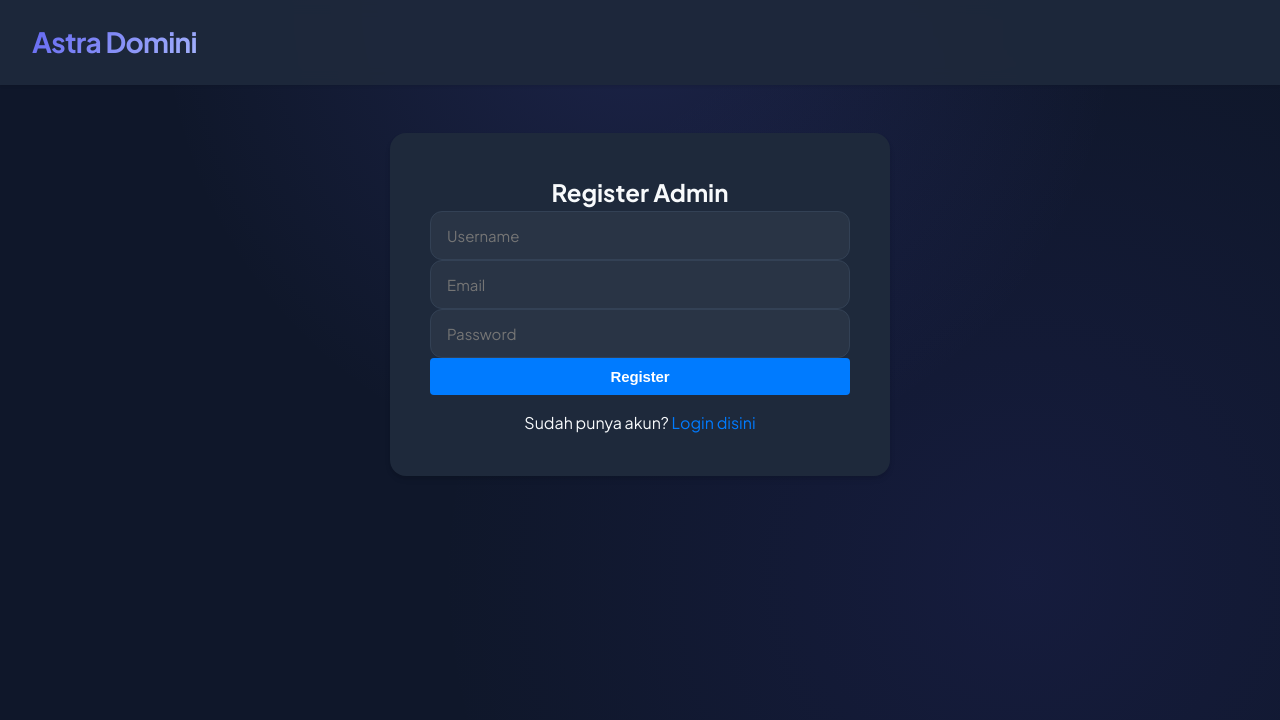
Repository: Resanso/astraReminder
Page: /register
An editor plug-in stored every save of this project. The page is shown before and after the next save, followed by the edit.
The browser window is 1280 px wide. The pictures show the whole page.
The project was rebuilt for these pictures with package versions that can differ from the ones it lists, and the page was loaded fresh each time. Some packages were replaced by stand-ins written for this rebuild. Also part of the build but not shown: src/components/TaskList.js, src/components/AdminPanel.js, src/components/Login.js.

Above is the page before, as saved 2025-02-25 00:38:42.

After the next save:
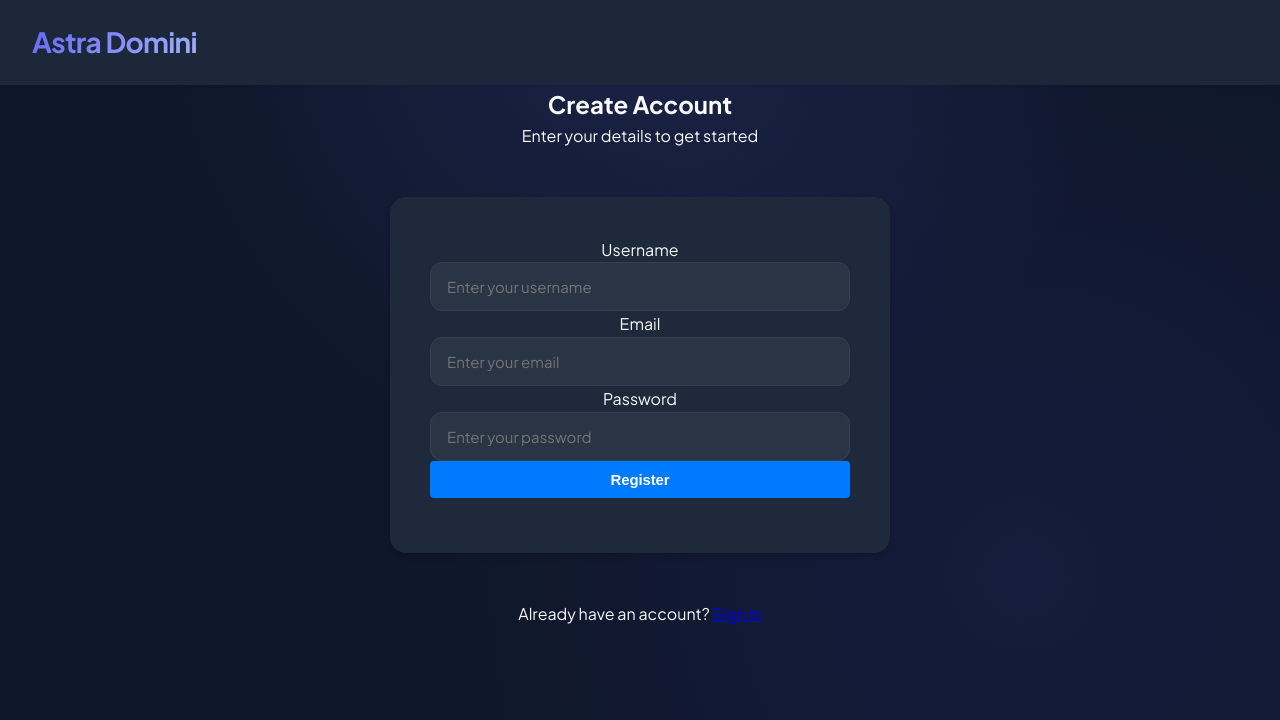
Saved 5 s later.
--- a/src/components/Register.js
+++ b/src/components/Register.js
@@ -29,36 +29,61 @@ const Register = () => {
   };
 
   return (
-    <div className="auth-form">
-      <h2>Register Admin</h2>
-      {error && <p className="error">{error}</p>}
-      <form onSubmit={handleSubmit}>
-        <input
-          type="text"
-          placeholder="Username"
-          value={username}
-          onChange={(e) => setUsername(e.target.value)}
-          required
-        />
-        <input
-          type="email"
-          placeholder="Email"
-          value={email}
-          onChange={(e) => setEmail(e.target.value)}
-          required
-        />
-        <input
-          type="password"
-          placeholder="Password"
-          value={password}
-          onChange={(e) => setPassword(e.target.value)}
-          required
-        />
-        <button type="submit">Register</button>
-      </form>
-      <p>
-        Sudah punya akun? <Link to="/login">Login disini</Link>
-      </p>
+    <div className="auth-container">
+      <div className="auth-card">
+        <div className="auth-header">
+          <h2>Create Account</h2>
+          <p className="auth-subtitle">Enter your details to get started</p>
+        </div>
+        {error && <p className="error-message">{error}</p>}
+        <form onSubmit={handleSubmit} className="auth-form">
+          <div className="form-group">
+            <label>Username</label>
+            <div className="input-group">
+              <i className="fas fa-user"></i>
+              <input
+                type="text"
+                placeholder="Enter your username"
+                value={username}
+                onChange={(e) => setUsername(e.target.value)}
+                required
+              />
+            </div>
+          </div>
+          <div className="form-group">
+            <label>Email</label>
+            <div className="input-group">
+              <i className="fas fa-envelope"></i>
+              <input
+                type="email"
+                placeholder="Enter your email"
+                value={email}
+                onChange={(e) => setEmail(e.target.value)}
+                required
+              />
+            </div>
+          </div>
+          <div className="form-group">
+            <label>Password</label>
+            <div className="input-group">
+              <i className="fas fa-lock"></i>
+              <input
+                type="password"
+                placeholder="Enter your password"
+                value={password}
+                onChange={(e) => setPassword(e.target.value)}
+                required
+              />
+            </div>
+          </div>
+          <button type="submit" className="auth-submit">
+            Register
+          </button>
+        </form>
+        <p className="auth-redirect">
+          Already have an account? <Link to="/login">Sign in</Link>
+        </p>
+      </div>
     </div>
   );
 };
